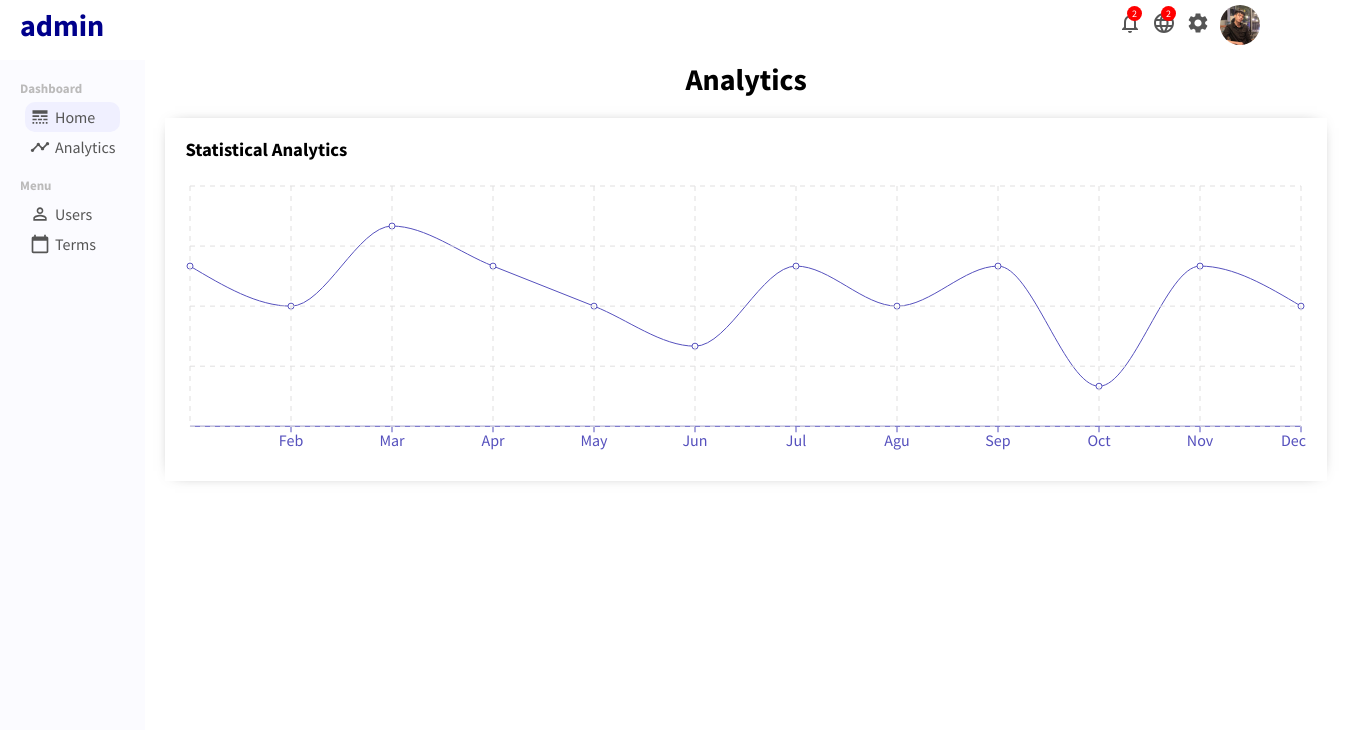
Repository: NguyenThanhNhan2507/PageQA
Page: /analytic
An editor plug-in stored every save of this project. The page is shown before and after the next save, followed by the edit.
The browser window is 1280 px wide. The page is 1347 px wide, so the pictures cover 1347 px, including what lies to the right of the window. The pictures show the whole page.
The project was rebuilt for these pictures with package versions that can differ from the ones it lists, and the page was loaded fresh each time. Also part of the build but not shown: src/components/widgetSm/widgetSm.css, src/components/widgetSm/WidgetSm.jsx, src/components/widgetLg/widgetLg.css, src/components/widgetLg/WidgetLg.jsx, src/pages/home/Home.jsx, src/pages/userList/userList.css, src/pages/userList/UserList.jsx, src/pages/user/user.css and 9 more.

Above is the page before, as saved 2022-03-29 20:00:02.

After the next save:
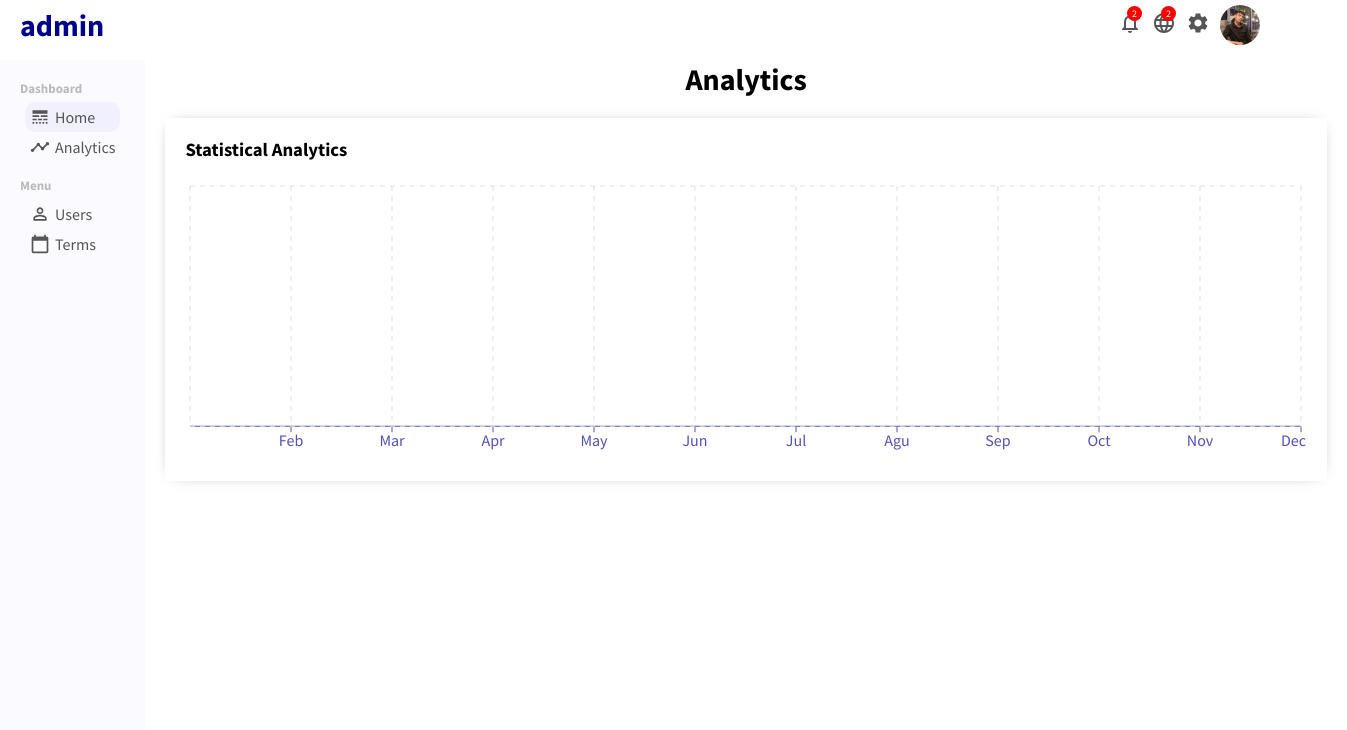
Saved 48 s later.
--- a/src/pages/analytic/analytic.js
+++ b/src/pages/analytic/analytic.js
@@ -8,7 +8,7 @@
     <label className="title">
         Analytics
     </label>
-      <Chart data={userData} title="Statistical Analytics" grid dataKey="Active User"/>
+      <Chart data={userData} title="Statistical Analytics" grid dataKey="Statistical"/>
       <div className="homeWidgets">
       </div>
     </div>

After the 2 saves that followed:
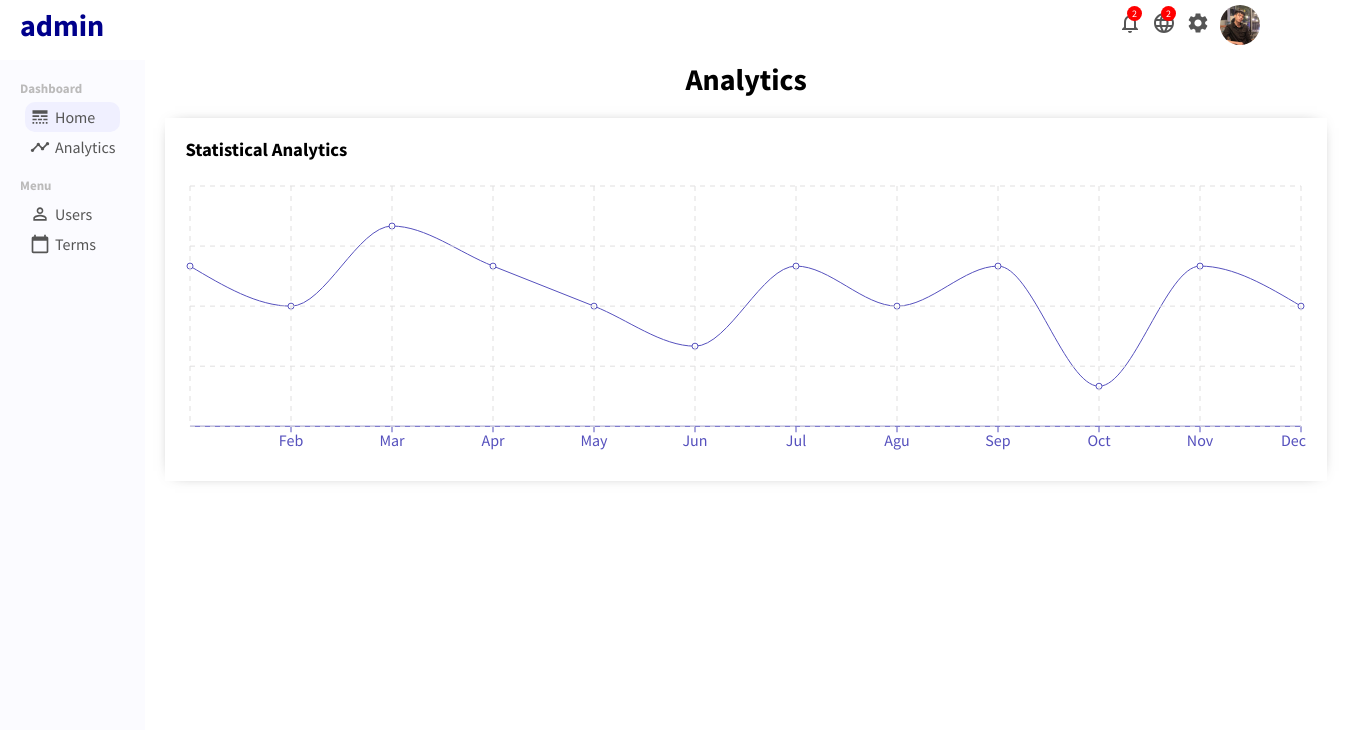
The 2 saves are shown as one change because 1 left the picture as it was.
The last was saved 16 s later.
--- a/src/pages/analytic/analytic.js
+++ b/src/pages/analytic/analytic.js
@@ -8,7 +8,7 @@
     <label className="title">
         Analytics
     </label>
-      <Chart data={userData} title="Statistical Analytics" grid dataKey="Statistical"/>
+      <Chart data={userData} title="Statistical Analytics" grid dataKey="Active User"/>
       <div className="homeWidgets">
       </div>
     </div>
